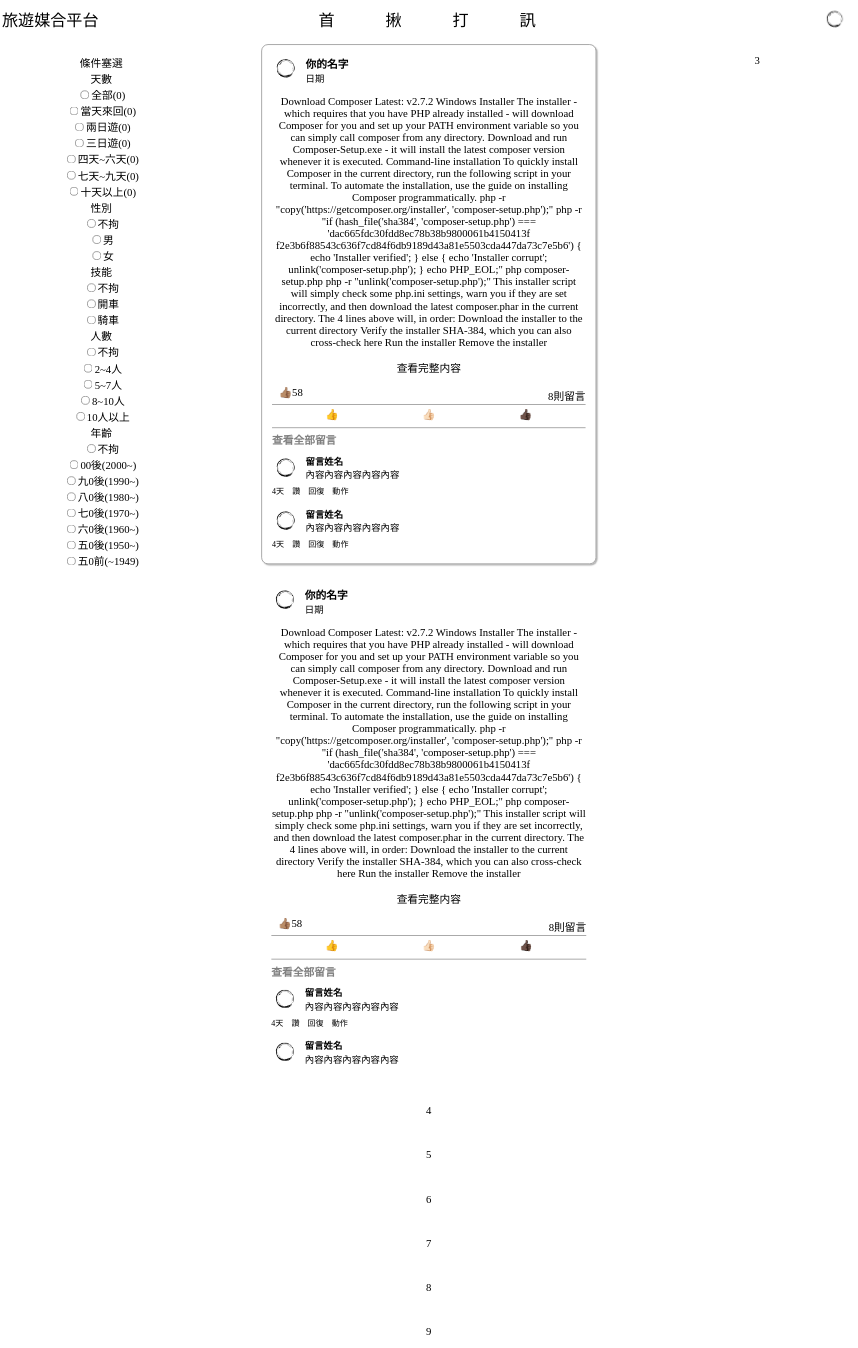
Repository: yuchiyang123/index_view
Page: http://localhost/
An editor plug-in stored every save of this project. The page is shown before and after the next save, followed by the edit.
The browser window is 1280 px wide. The pictures show the whole page, at 67% of full size.
The page is run by PHP 8.4 with error messages shown; the project is at /var/www/html/.

Above is the page before, as saved 2024-03-27 22:09:33.

After the next save:
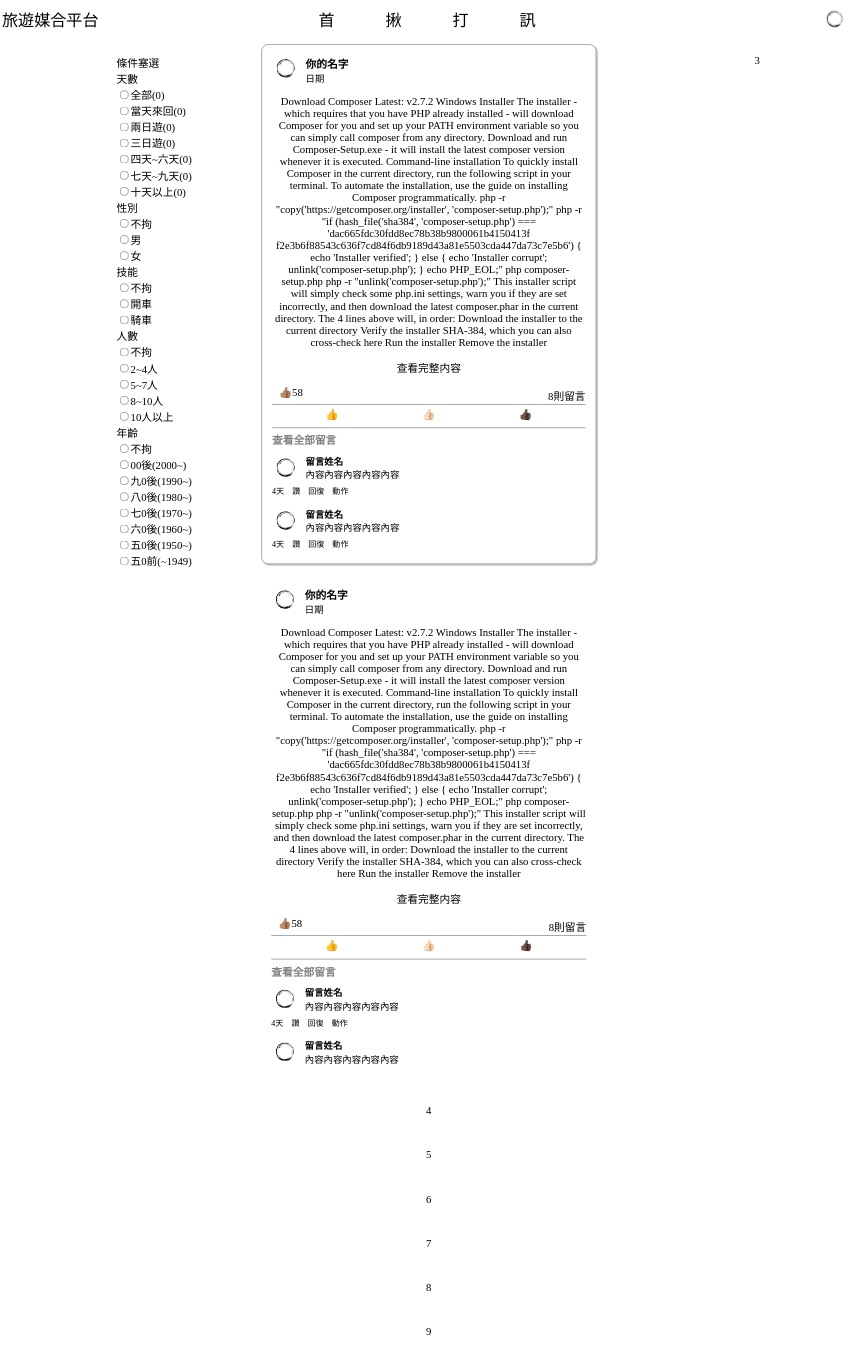
Saved 48 s later.
--- a/index.php
+++ b/index.php
@@ -194,8 +194,8 @@ a{
     text-align: left;
   }
   .condition{
-    display: block;
-    float: left;
+    text-align: left;
+    display: inline-block;
   }
 </style>
 <html>
